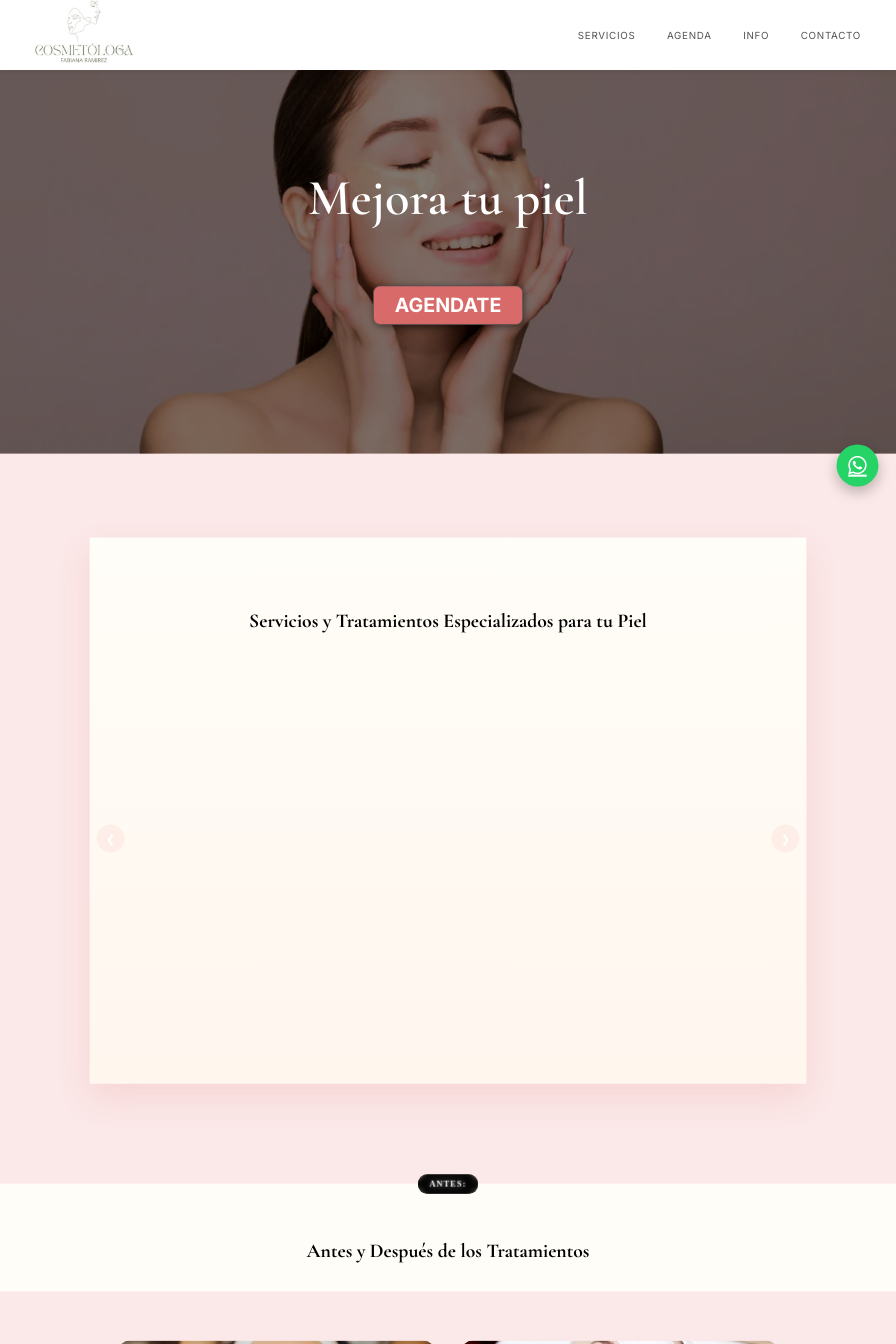
Repository: thiagobal1891-sudo/paginaweb
Page: index.html
The author's editor kept a copy of each file at every save. The page is drawn from the files as they stood at one save, then again after the next save.
The browser window is 1280 px wide. The pictures show the part of the page from y = 0 to 1920 px (the page is 3454 px tall), at 70% of full size.
After loading, the first visible `div.right` was clicked once.
Some web fonts or font styles are not loaded; a fallback is used.

Above is the page before, as saved 2026-03-10 20:13:55.
Console error: ReferenceError: emailjs is not defined

### index.html
<!DOCTYPE html>
<html lang="es">

<head>
  <meta charset="UTF-8">
  <meta name="viewport" content="width=device-width, initial-scale=1.0">
  <title>Fabiana Cosmetóloga</title>

  <!-- 🎨 Estilos locales -->
  <link rel="stylesheet" href="css/style.css">

  <!-- 🪶 Tipografías -->
  <link rel="preconnect" href="https://fonts.googleapis.com">
  <link rel="preconnect" href="https://fonts.gstatic.com" crossorigin>
  <link
    href="https://fonts.googleapis.com/css2?family=Melodrama:wght@400;500;600;700&family=Inter:wght@100..900&family=Poppins:wght@100..900&family=Cormorant+Garamond:wght@300..700&display=swap"
    rel="stylesheet">

  <!-- ⭐ Font Awesome -->
  <link rel="stylesheet" href="https://cdnjs.cloudflare.com/ajax/libs/font-awesome/6.5.0/css/all.min.css"
    crossorigin="anonymous" referrerpolicy="no-referrer" />
</head>

<body>
  <header>
    <div class="container">
      <a href="/" class="logo">
        <img src="media/logo.png" alt="Logo de la marca">
      </a>
      <nav>
        <a href="pages/servicios.html">SERVICIOS</a>
        <a href="pages/agenda.html">AGENDA</a>
        <a href="pages/info.html">INFO</a>
        <a href="pages/contacto.html">CONTACTO</a>
      </nav>
    </div>
  </header>

  <section id="hero" class="appear">
    <h1>Mejora tu piel</h1>
    <form action="#agenda-ya">
      <button>AGENDATE</button>
    </form>
  </section>


  <section id="Tratamientos" class="appear">
  <div class="container">
<h2>Servicios y Tratamientos Especializados para tu Piel</h2>

    <div class="carousel-wrapper">

      <div class="arrow left">&#10094;</div>
      <div class="carta-tratamientos">

        <div class="carta">
          <h3>PEELING QUIMICO</h3>
          <p class="info_carta">El peeling químico es un tratamiento estético que utiliza sustancias especiales para exfoliar la piel de forma controlada.
          Ayuda a eliminar células muertas, mejorar la textura, atenuar manchas, marcas de acné y líneas finas, dejando la piel más uniforme, luminosa y renovada.
          <br>Es un procedimiento seguro, que realizado por un profesional y se adapta según el tipo de piel y la necesidad de cada persona.</p>
          <h3>Beneficios:</h3>
          <ul>•Elimina manchas</ul>
          <ul>•Empareja el tono y textura de la piel</ul>
          <ul>•Elimina arrugas finas</ul>
          <ul>•Minimiza surcos y líneas de expresión</ul>
          <ul>•Minimiza y elimina cicatrices, marcas y estrías</ul>
          <ul>•Reduce el tamaño de los poros ganando luminosidad y mejorando la hidratación</ul>
        </div>

        <div class="carta">
          <h3>DERMAPLANING</h3>
          <p class="info_carta">El dermaplaning es un tratamiento estético que consiste en exfoliar la capa superficial de la piel utilizando una herramienta especial y estéril. El procedimiento elimina células muertas y el vello fino del rostro, dejando la piel más suave, luminosa y uniforme.
          Es un tratamiento indoloro, no invasivo y apto para la mayoría de los tipos de piel. <br> Además, mejora la absorción de productos y potencia los resultados de otros tratamientos faciales.</p>
                  <h3>Beneficios:</h3>
                  <ul>•Mejora la textura y suavidad de la piel</ul>
                  <ul>•Aporta mayor luminosidad inmediata</ul>
                  <ul>•Favorece una mejor absorción de cosméticos</ul>
                  <ul>•Ayuda a atenuar líneas finas superficiales</ul>
                  <ul>•Permite que el maquillaje se vea más uniforme</ul>
        </div>

        <div class="carta">
          <h3>RADIOFRECUENCIA</h3>
                  <p class="info_carta">La radiofrecuencia facial es un tratamiento estético no invasivo que utiliza ondas electromagnéticas para generar calor en las capas profundas de la piel. Este calor estimula la producción natural de colágeno y elastina, ayudando a mejorar la firmeza y elasticidad del rostro.
                  <br>Es un procedimiento seguro y confortable, ideal para combatir la flacidez y los signos del envejecimiento sin necesidad de cirugía ni tiempo de recuperación.</p>
                  <h3>Beneficios:</h3>
                  <ul>•Mejora la firmeza y tonicidad de la piel</ul>
                  <ul>•Estimula la producción de colágeno</ul>
                  <ul>•Reduce la apariencia de arrugas y líneas de expresión</ul>
                  <ul>•Mejora el contorno facial</ul>
                  <ul>•Aporta un efecto tensor progresivo y natural</ul>
        </div>

        <div class="carta">
          <h3>ALTA FRECUENCIA</h3>
                  <p class="info_carta">La alta frecuencia es un tratamiento estético que utiliza corrientes eléctricas suaves para oxigenar la piel, estimular la circulación y mejorar su aspecto general. Se aplica mediante un electrodo de vidrio que produce una leve chispa controlada, generando un efecto bactericida y descongestivo.
                  <br>Es especialmente recomendado para pieles con acné, exceso de grasa o poros dilatados, ya que ayuda a purificar y equilibrar la piel sin causar molestias.</p>
                  <h3>Beneficios:</h3>
                  <ul>•Tiene efecto bactericida, ideal para pieles acneicas</ul>
                  <ul>•Reduce la inflamación y enrojecimiento</ul>
                  <ul>•Mejora la circulación y oxigenación de la piel</ul>
                  <ul>•Ayuda a cicatrizar pequeñas lesiones</ul>
                  <ul>•Regula el exceso de grasa y cierra los poros</ul>
        </div>

        <div class="carta">
          <h3>MICRODERMOABRASIÓN</h3>
                  <p class="info_carta">La microdermoabrasión es un tratamiento estético que exfolia la piel de manera mecánica y controlada, eliminando células muertas de la capa superficial. Se realiza con un equipo especializado que ayuda a renovar la piel y estimular la regeneración celular.
                  <br>Es un procedimiento no invasivo, seguro y apto para distintos tipos de piel, ideal para mejorar la textura, luminosidad y apariencia general del rostro.</p>
                  <h3>Beneficios:</h3>
                  <ul>•Elimina células muertas y renueva la piel</ul>
                  <ul>•Mejora la textura y suavidad del rostro</ul>
                  <ul>•Atenúa manchas superficiales y marcas leves de acné</ul>
                  <ul>•Reduce la apariencia de poros dilatados</ul>
                  <ul>•Estimula la regeneración celular y aporta luminosidad</ul>
        </div>

        <div class="carta">
          <h3>DERMAPEN</h3>
                  <p class="info_carta">El Dermapen es un tratamiento estético que utiliza un dispositivo con microagujas para realizar pequeñas punciones controladas en la piel. Estas microperforaciones estimulan la producción natural de colágeno y elastina, favoreciendo la regeneración y mejorando la calidad de la piel.
                  <br>Es un procedimiento mínimamente invasivo que <br> se adapta según la necesidad de cada persona, y puede aplicarse en rostro y otras zonas para tratar diferentes imperfecciones.</p>
                  <h3>Beneficios:</h3>
                  <ul>•Estimula la producción de colágeno y elastina</ul>
                  <ul>•Mejora la textura y firmeza de la piel</ul>
                  <ul>•Atenúa cicatrices de acné y marcas</ul>
                  <ul>•Reduce líneas finas y arrugas</ul>
                  <ul>•Mejora la apariencia de manchas y poros dilatados</ul>
        </div>

                <div class="carta">
          <h3>ELECTROPORACIÓN</h3>
                  <p class="info_carta">La electroporación es un tratamiento estético no invasivo que utiliza impulsos eléctricos suaves para facilitar la penetración de principios activos en las capas más profundas de la piel, sin necesidad de agujas. Este proceso mejora la absorción de nutrientes, vitaminas y ácido hialurónico, potenciando los resultados del tratamiento.
                  <br>Es una técnica indolora y segura, ideal para revitalizar la piel y mejorar su aspecto de manera efectiva.</p>
                  <h3>Beneficios:</h3>
                  <ul>•Favorece la penetración profunda de activos</ul>
                  <ul>•Mejora la hidratación y nutrición de la piel</ul>
                  <ul>•Aporta mayor luminosidad y vitalidad</ul>
                  <ul>•Potencia los resultados de otros tratamientos</ul>
                  <ul>•Es un procedimiento no invasivo y sin tiempo de recuperación</ul>
        </div>
      </div>
      <div class="arrow right">&#10095;</div>
    </div>
  </div>
  </section>

  <section id="infocosmet" class="appear">
    <div class="carousel_infocosmet">
      <h2>Antes y Después de los Tratamientos</h2>
<div class="carousel-track">
  <div class="slide">
    <div class="img-wrapper">
      <img src="media/Tratamientos-2.jpg" alt="">
      <span class="label top">ANTES:</span>
    </div>
    <div class="img-wrapper">
      <img src="media/Tratamientos-3.jpg" alt="">
      <span class="label bottom">DESPUÉS:</span>
    </div>
  </div>

  <div class="slide">
    <div class="img-wrapper">
      <img src="media/Tratamientos-2.jpg" alt="">
      <span class="label top">ANTES:</span>
    </div>
    <div class="img-wrapper">
      <img src="media/Tratamientos-3.jpg" alt="">
      <span class="label bottom">DESPUÉS:</span>
    </div>
  </div>

  <div class="slide">
    <div class="img-wrapper">
      <img src="media/Tratamientos-2.jpg" alt="">
      <span class="label top">ANTES:</span>
    </div>
    <div class="img-wrapper">
      <img src="media/Tratamientos-3.jpg" alt="">
      <span class="label bottom">DESPUÉS:</span>
    </div>
  </div>

    <div class="slide">
    <div class="img-wrapper">
      <img src="media/Tratamientos-2.jpg" alt="">
      <span class="label top">ANTES:</span>
    </div>
    <div class="img-wrapper">
      <img src="media/Tratamientos-3.jpg" alt="">
      <span class="label bottom">DESPUÉS:</span>
    </div>
  </div>

    <div class="slide">
    <div class="img-wrapper">
      <img src="media/Tratamientos-2.jpg" alt="">
      <span class="label top">ANTES:</span>
    </div>
    <div class="img-wrapper">
      <img src="media/Tratamientos-3.jpg" alt="">
      <span class="label bottom">DESPUÉS:</span>
    </div>
  </div>

</div>
</div>
  </section>








  <section id="agenda-ya" class="appear">
    <h2>Agenda tu próxima cita</h2>
      <iframe
    src="https://calendar.google.com/calendar/appointments/schedules/AcZssZ2eKdgVxdvbgrkUTVsqOwalHssheLS5kVcqAfOLuK-u68fTKpPQHXKQoJWOc8hcPsaKt-rAaWGU?gv=true"
    style="border: 0"
    width="100%"
    height="600"
    frameborder="0">
  </iframe>
<div id="google-calendar-button"></div>

</section>






<footer class="footer">
  <div class="footer-container">

    <!-- Marca -->
    <div class="footer-brand">
      <h3>Fabiana Cosmetóloga</h3>
      <p>Cuidado profesional para tu piel</p>
    </div>

    <!-- Links internos -->
    <div class="footer-links">
      <a href="../index.html">Inicio</a>
      <a href="pages/servicios.html">Servicios</a>
      <a href="pages/agenda.html">Agenda</a>
      <a href="pages/info.html">Info</a>
      <a href="pages/contacto.html">Contacto</a>
    </div>

    <!-- Redes -->
    <div class="footer-social">
      <a href="https://wa.me/59894623252" target="_blank">
        <i class="fa-brands fa-whatsapp"></i>
      </a>
      <a href="https://www.instagram.com/fabicosmetologa" target="_blank">
        <i class="fa-brands fa-instagram"></i>
      </a>
    </div>

  </div>

  <div class="footer-bottom">
    <p>© 2026 Fabiana Cosmetóloga · Todos los derechos reservados</p>
  </div>
</footer>

  <!-- 📧 EmailJS -->
  <script src="https://cdn.jsdelivr.net/npm/emailjs-com@3/dist/email.min.js"></script>

  <!-- 🧠 Archivo JS externo -->
  <script src="script.js" defer></script>

<a href="https://wa.me/59894623252" class="whatsapp-float" target="_blank">
<i class="fa-brands fa-whatsapp"></i>
</a>
</body>

</html>

### script.js
document.addEventListener("DOMContentLoaded", () => {

  // =============================
  // ANIMACIONES CON INTERSECTION OBSERVER
  // =============================
  const elements = document.querySelectorAll(".appear");

  const observer = new IntersectionObserver((entries) => {
    entries.forEach(entry => {
      if (entry.isIntersecting) {
        entry.target.classList.add("show");
      } else {
        entry.target.classList.remove("show");
      }
    });
  }, { threshold: 0.3 });

  elements.forEach(el => observer.observe(el));







// =============================
// CARRUSEL TRATAMIENTOS
// =============================

// =============================
// CARRUSEL TRATAMIENTOS
// =============================
// =============================
// CARRUSEL TRATAMIENTOS
// =============================
const trackTrat = document.querySelector(".carta-tratamientos");
const cardsTrat = document.querySelectorAll(".carta");
const nextBtn = document.querySelector(".arrow.right");
const prevBtn = document.querySelector(".arrow.left");

if (trackTrat && cardsTrat.length > 0) {

  let currentIndex = 0;

  function getVisibleCards() {
    return window.innerWidth >= 1024 ? 2 : 1;
  }

  function updateCarousel() {

    const visibleCards = getVisibleCards();
    const cardWidth = cardsTrat[0].getBoundingClientRect().width + 30;

    trackTrat.style.transform =
      `translateX(-${currentIndex * cardWidth * visibleCards}px)`;
  }

  nextBtn.addEventListener("click", () => {

    const visibleCards = getVisibleCards();
    const maxIndex = Math.ceil(cardsTrat.length / visibleCards) - 1;

    if (currentIndex < maxIndex) {
      currentIndex++;
      updateCarousel();
    }

  });

  prevBtn.addEventListener("click", () => {
    if (currentIndex > 0) {
      currentIndex--;
      updateCarousel();
    }
  });

  window.addEventListener("resize", () => {
    currentIndex = 0;
    updateCarousel();
  });

}


window.addEventListener("load", function () {
  const target = document.getElementById("google-calendar-button");

  if (window.calendar && target) {
    calendar.schedulingButton.load({
      url: "https://calendar.google.com/calendar/appointments/schedules/AcZssZ2eKdgVxdvbgrkUTVsqOwalHssheLS5kVcqAfOLuK-u68fTKpPQHXKQoJWOc8hcPsaKt-rAaWGU?gv=true",
      color: "#E16463",
      label: "Programar una cita",
      target: target,
    });
  }
});




(function() {
  emailjs.init("-SPDqU_q1CFNoGYAI");
})();

const form = document.getElementById("consulta-form");

if (form) {
  form.addEventListener("submit", function(e) {
    e.preventDefault();

    emailjs.sendForm("service_979cmej", "template_7xu573o", this)
      .then(() => {
        document.getElementById("mensaje-confirmacion").innerText =
          "Consulta enviada correctamente 💌";
        form.reset();
      })
      .catch((error) => {
        document.getElementById("mensaje-confirmacion").innerText =
          "Error al enviar. Intenta nuevamente.";
        console.log(error);
      });
  });
}



// =============================
// CARRUSEL INFOCOSMET
// =============================

const track = document.querySelector(".carousel_infocosmet .carousel-track");

if (track) {

  const slides = track.querySelectorAll(".slide");
  let slideIndex = 0;

  function moveCarousel() {
    slideIndex = (slideIndex + 1) % slides.length;
    track.style.transform = `translateX(-${slideIndex * 100}%)`;
  }

  setInterval(moveCarousel, 6000);

}

});

Loaded but not shown: css/style.css (1045 lines, source omitted)

After the next save:
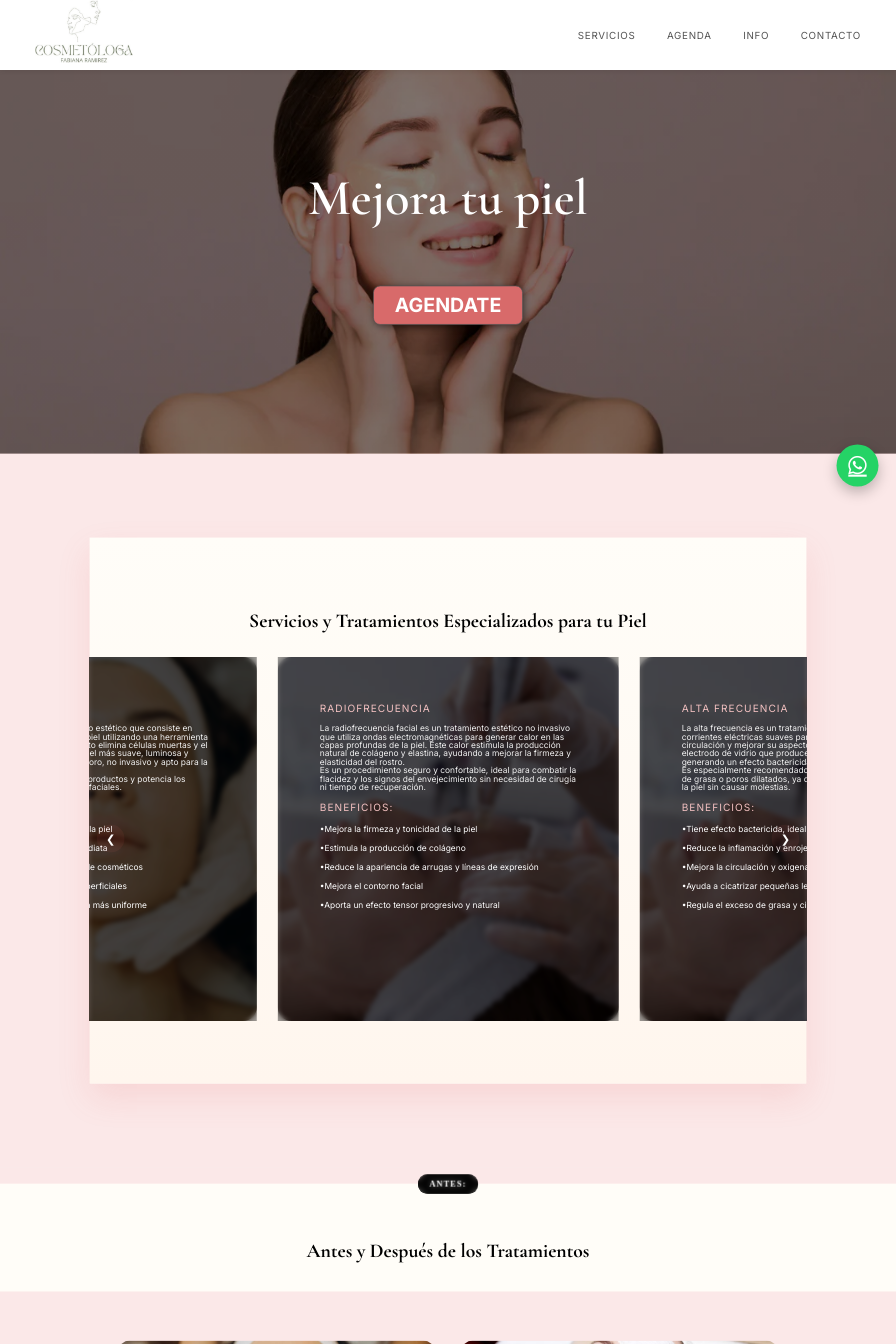
Saved 56 s later.
--- a/script.js
+++ b/script.js
@@ -22,62 +22,35 @@ document.addEventListener("DOMContentLoaded", () => {
 
 
 
-
 // =============================
 // CARRUSEL TRATAMIENTOS
 // =============================
 
-// =============================
-// CARRUSEL TRATAMIENTOS
-// =============================
-// =============================
-// CARRUSEL TRATAMIENTOS
-// =============================
 const trackTrat = document.querySelector(".carta-tratamientos");
-const cardsTrat = document.querySelectorAll(".carta");
 const nextBtn = document.querySelector(".arrow.right");
 const prevBtn = document.querySelector(".arrow.left");
 
-if (trackTrat && cardsTrat.length > 0) {
+if(trackTrat){
 
-  let currentIndex = 0;
+const scrollAmount = () => {
+return window.innerWidth >= 768
+? trackTrat.clientWidth
+: trackTrat.clientWidth;
+};
 
-  function getVisibleCards() {
-    return window.innerWidth >= 1024 ? 2 : 1;
-  }
+nextBtn.addEventListener("click", () => {
+trackTrat.scrollBy({
+left: scrollAmount(),
+behavior: "smooth"
+});
+});
 
-  function updateCarousel() {
-
-    const visibleCards = getVisibleCards();
-    const cardWidth = cardsTrat[0].getBoundingClientRect().width + 30;
-
-    trackTrat.style.transform =
-      `translateX(-${currentIndex * cardWidth * visibleCards}px)`;
-  }
-
-  nextBtn.addEventListener("click", () => {
-
-    const visibleCards = getVisibleCards();
-    const maxIndex = Math.ceil(cardsTrat.length / visibleCards) - 1;
-
-    if (currentIndex < maxIndex) {
-      currentIndex++;
-      updateCarousel();
-    }
-
-  });
-
-  prevBtn.addEventListener("click", () => {
-    if (currentIndex > 0) {
-      currentIndex--;
-      updateCarousel();
-    }
-  });
-
-  window.addEventListener("resize", () => {
-    currentIndex = 0;
-    updateCarousel();
-  });
+prevBtn.addEventListener("click", () => {
+trackTrat.scrollBy({
+left: -scrollAmount(),
+behavior: "smooth"
+});
+});
 
 }
 
